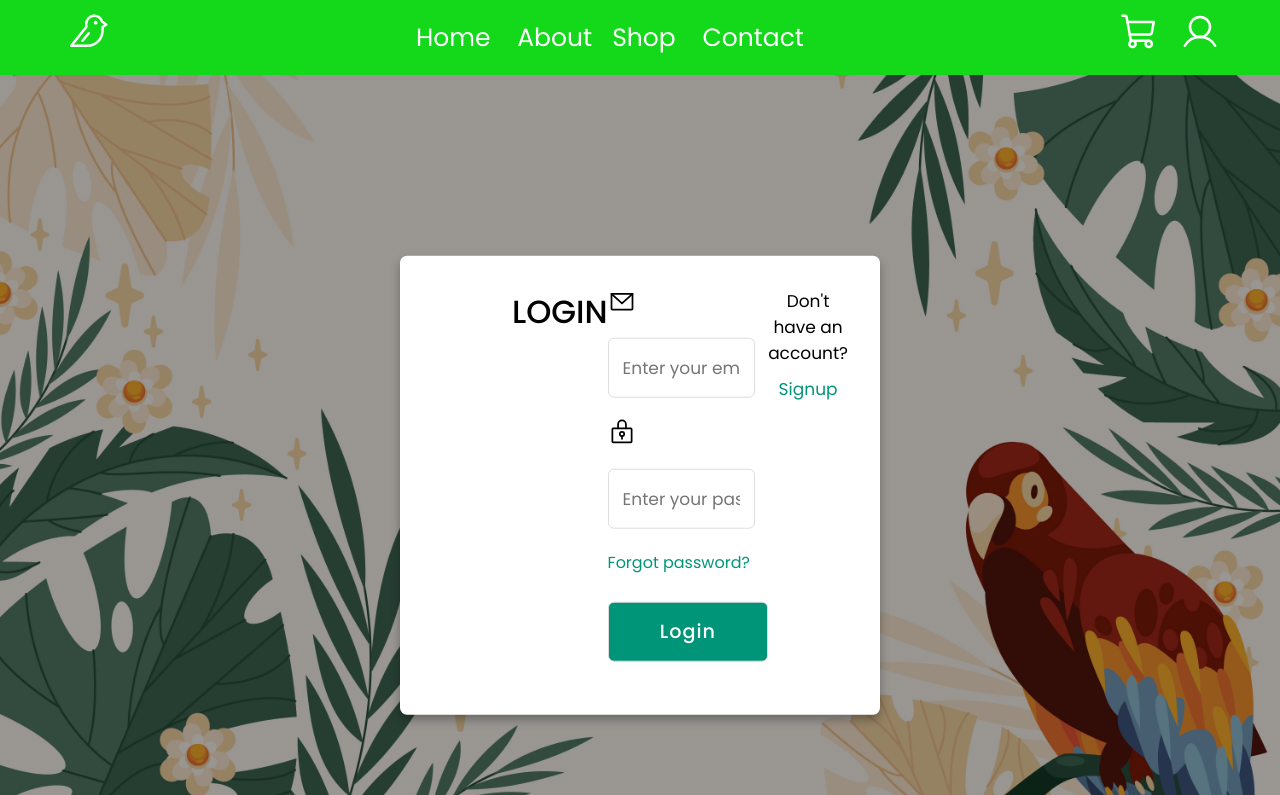
Repository: Vuhainam64/SWP391
Page: /register (app in React/swp391-app/)
An editor plug-in stored every save of this project. The page is shown before and after the next save, followed by the edit.
The browser window is 1280 px wide. The pictures show the whole page.
The project was rebuilt for these pictures with package versions that can differ from the ones it lists, and the page was loaded fresh each time. Also part of the build but not shown: React/swp391-app/src/pages/home/home.jsx, React/swp391-app/src/pages/about/about.jsx, React/swp391-app/src/pages/shop/product.jsx, React/swp391-app/src/pages/shop/shop.jsx, React/swp391-app/src/pages/contact/contact.jsx, React/swp391-app/src/pages/cart/cart-item.jsx, React/swp391-app/src/pages/cart/cart.css, React/swp391-app/src/pages/cart/cart.jsx.

Above is the page before, as saved 2023-06-01 13:00:29.

### React/swp391-app/src/App.js
import './App.css';
import { BrowserRouter as Router, Routes, Route } from "react-router-dom";
import { Navbar } from "./components/navbar";
import { Register } from "./pages/register/register";
import { Home } from "./pages/home/home";
import { About } from "./pages/about/about";
import { Shop } from "./pages/shop/shop";
import { Contact } from "./pages/contact/contact";
import { Cart } from "./pages/cart/cart";
import { ShopContextProvider } from './context/shop-context';


function App() {
  return (
    <div className = "App">
      <ShopContextProvider>
        <Router>
          <Navbar />
          <Routes>
            <Route path = "/register" element = {<Register />} />
            <Route path = "/home" element={<Home/>} />
            <Route path = "/about" element={<About/>} />
            <Route path = "/" element = {<Shop />} />
            <Route path = "/contact" element = {<Contact />} />
            <Route path = "/cart" element = {<Cart />} />
          </Routes>
        </Router>
      </ShopContextProvider>
    </div>
  );
}

export default App;

### React/swp391-app/src/App.css
.App {
  width: 100%;
  height: auto;
  min-height: 100vh;
  font-family: 'Segoe UI', Tahoma, Geneva, Verdana, sans-serif;
}

body {
  padding: 0;
  margin: 0;
}

### React/swp391-app/src/components/navbar.jsx
import React from "react";
import { Link } from "react-router-dom";
import { ShoppingCart, Bird, User } from "phosphor-react";
import "./navbar.css";

export const Navbar = () => {
  return (
    <div className="navbar">
      <div className="links">
        <div className="icon">
          <Link to="/home">
            <Bird size={40} />
          </Link>
        </div>
        <div className="middle">
          <Link to="/home"> Home </Link>
          <Link to="/about">About</Link>
          <Link to="/">Shop</Link>
          <Link to="/contact"> Contact</Link>
        </div>
        <div className="end">
          <Link to="/cart">
            <ShoppingCart size={40} />
          </Link>
            <Link to="/register">
                <User size={40}/>
            </Link>
        </div>
      </div>
    </div>
  );
};

### React/swp391-app/src/pages/register/register.jsx
import React from "react";
import { EnvelopeSimple,LockKey } from "phosphor-react";
import "./register.css";

export const Register = () => {
  return (
    <div className="images">
    <div className="container">
    <input type="checkbox" id="check"></input>
    <div className="login form">
      <header>LOGIN</header>
      <form action="#">
        <div className="login-form">
        <span className="icon-login"><EnvelopeSimple size={28}></EnvelopeSimple></span>
        <input type="email" id="email" placeholder="Enter your email" required></input>
        <span className="icon-login"><LockKey size={28}></LockKey></span>
        <input type="password" id="password" placeholder="Enter your password" required></input>
        </div>
        <a href="#">Forgot password?</a>
        <input type="button" className="button" value="Login"></input>
      </form>
      <div className="signup">
        <span className="signup">Don't have an account?
         <label for="check">Signup</label>
        </span>
      </div>
    </div>
    <div className="registration form">
      <header>SIGNUP</header>
      <form action="#">
        <div className="login-form">
        <span className="icon-login"><EnvelopeSimple size={28}></EnvelopeSimple></span>
        <input type="text" id="email" placeholder="Enter your email" required></input>
        <span className="icon-login"><LockKey size={28}></LockKey></span>
        <input type="password" id="password" placeholder="Create a password" required></input>
        <span className="icon-login"><LockKey size={28}></LockKey></span>
        <input type="password" id="password"  placeholder="Confirm your password" required></input>
        <input type="button" className="button" value="Signup" required></input>
        </div>
      </form>
      <div className="signup">
        <span className="signup">Already have an account?
         <label for="check">Login</label>
        </span>
      </div>
    </div>
  </div>
  </div>
  );
};

### React/swp391-app/src/context/shop-context.jsx
import { createContext, useEffect, useState } from "react";
import { PRODUCTS } from "../products";

export const ShopContext = createContext(null);

const getDefaultCart = () => {
    let cart = {};
    for (let i = 1; i < PRODUCTS.length + 1; i++) {
        cart[i] = 0;
    }
    return cart;
}

export const ShopContextProvider = (props) => {
    const [cartItems, setCartItems] = useState(getDefaultCart());

    const getTotalCartAmount = () => {
        let totalAmount = 0;
        for (const item in cartItems) {
            if (cartItems[item] > 0) {
                let itemInfo = PRODUCTS.find((product) => product.id === Number(item));
                totalAmount += cartItems[item] *itemInfo.price;
            }
        }
        return totalAmount;
    };

    const addToCart = (itemId) => {
        setCartItems((prev) => ({ ...prev, [itemId]: prev[itemId] + 1}));
    };

    const removeFromCart = (itemId) => {
        setCartItems((prev) => ({ ...prev, [itemId]: prev[itemId] - 1}));
    };

    const updateCartItemCount = (newAmount, itemId) => {
        setCartItems((prev) => ({ ...prev, [itemId]: newAmount }));
    };

    const checkout = () => {
        setCartItems(getDefaultCart());
    };

    const contextValue = {
        cartItems,
        addToCart,
        updateCartItemCount,
        removeFromCart,
        getTotalCartAmount,
        checkout,
    };

    return (
        <ShopContext.Provider value={contextValue}>
            {props.children}
        </ShopContext.Provider>
    );
};

### React/swp391-app/src/components/navbar.css
.navbar {
    width: 100%;
    height: 75px;
    background-color: rgb(20, 217, 27);
    display: flex;
    justify-content: center;
    align-items: center;
}

.links {
    margin-right: 50px;
    display: flex;
    align-items: center;
    justify-content: space-between;
    width: 100%;
}

.icon {
    margin-left: 50px;
}

.end {
    padding: 0 10px;
}

.links a {
    text-decoration: none;
    color: white;
    margin-left: 20px;
    font-size: 25px;
}

### React/swp391-app/src/pages/register/register.css
/* Import Google font - Poppins */
@import url('https://fonts.googleapis.com/css2?family=Poppins:wght@200;300;400;500;600;700&display=swap');

*{
  margin: 0;
  padding: 0;
  box-sizing: border-box;
  font-family: 'Poppins', sans-serif;
}

.images{
  position: absolute;
  width: 100%;
  height: 100%;
  background-image: linear-gradient(rgba(0,0,0,0.4),rgba(0,0,0,0.4)),url(../../assets/products/7200317.jpg);
  background-position: center;
  background-size: cover;
}

.images img {
  width: 100%;
  height: 926px;
}

.container{
  position: relative;
  top: 50%;
  left: 50%;
  transform: translate(-50%,-50%);
  max-width: 480px;
  width: 100%;
  background: #fff;
  border-radius: 7px;
  box-shadow: 0 5px 10px rgba(0,0,0,0.3);
}

.container .registration{
  display: none;
}

#check:checked ~ .registration{
  display: block;
}

#check:checked ~ .login{
  display: none;
}

#check{
  display: none;
}

.container .form{
  padding: 2rem;
}

.form header{
  font-size: 2rem;
  font-weight: 500;
  text-align: center;
  margin-bottom: 1.5rem;
}

 .form input{
   height: 60px;
   width: 92%;
   padding: 0 14px;
   font-size: 17px;
   margin-top: 15px;
   margin-bottom: 1.3rem;
   border: 1px solid #ddd;
   border-radius: 6px;
   outline: none;
 }

 .form input:focus{
   box-shadow: 0 1px 0 rgba(0,0,0,0.2);
 }

.form a{
  font-size: 16px;
  color: #009579;
  text-decoration: none;
}

.form a:hover{
  text-decoration: underline;
}

.form input.button{
  color: #fff;
  background: #009579;
  font-size: 1.2rem;
  font-weight: 500;
  letter-spacing: 1px;
  margin-top: 1.7rem;
  cursor: pointer;
  transition: 0.4s;
  width: 100%;
}

.form input.button:hover{
  background: #006653;
}

.signup{
  font-size: 17px;
  text-align: center;
}

.signup label{
  color: #009579;
  cursor: pointer;
}

.signup label:hover{
  text-decoration: underline;
}

.icon-login {
  margin-right: 5px;
}

### React/swp391-app/src/products.js
import product1 from "./assets/products/1.png";
import product2 from "./assets/products/1.png";
import product3 from "./assets/products/1.png";
import product4 from "./assets/products/1.png";
import product5 from "./assets/products/1.png";
import product6 from "./assets/products/1.png";
import product7 from "./assets/products/1.png";
import product8 from "./assets/products/1.png";

export const PRODUCTS = [
  {
    id: 1,
    productName: "Bird Food",
    price: 999.0,
    productImage: product1,
  },
  {
    id: 2,
    productName: "Bird Food",
    price: 1999.0,
    productImage: product2,
  },
  {
    id: 3,
    productName: "Bird Food",
    price: 699.0,
    productImage: product3,
  },
  {
    id: 4,
    productName: "Bird Food",
    price: 228.0,
    productImage: product4,
  },
  {
    id: 5,
    productName: "Bird Food",
    price: 19.99,
    productImage: product5,
  },
  {
    id: 6,
    productName: "Bird Food",
    price: 68.0,
    productImage: product6,
  },
  {
    id: 7,
    productName: "Bird Food",
    price: 120.0,
    productImage: product7,
  },
  {
    id: 8,
    productName: "Bird Food",
    price: 40.0,
    productImage: product8,
  },
];

### React/swp391-app/src/pages/shop/shop.css
.shop {
    padding: 0 20px;
}

.shopTitle {
    margin-top: 10px;
    text-align: center;
    font-size: 40px;
}

.products {
    width: 100%;
    height: auto;
    display: grid;
    grid-template-columns: 1fr 1fr 1fr 1fr;
    place-items: center;

}

.product {
    border-radius: 15px;
    margin: 100px;
    display: flex;
    flex-direction: column;
    justify-content: center;
    align-items: center;
}

.product img {
    width: 100%;
    height: 100%;
}

.product .description {
    text-align: center;
}

.product:hover {
    transition: 0.3s ease-in;
    cursor: pointer;
}

.addToCartBttn {
    background-color: transparent;
    border: 2px solid rgb(19, 19, 19);
    min-width: 100px;
    padding: 5px 10px 5px 10px;
    border-radius: 15px;
}

.addToCartBttn:hover {
    background-color: rgb(19, 19, 19);
    color: white;
    cursor: pointer;
}

.description p,b{
    margin: 10px 0;
}
.shopTitle {
    justify-content: left;
    display: inline-block;
}
.shopTitle h3{
    float: left;
    margin-left: 80px;
    font-size: 60px;
    font-style: italic;
    border-bottom: 1px solid rgb(19, 19, 19);
}

.form {
    display:flex;
    margin-left: 80px;
    margin-bottom: 10px;
    margin-top: 50px;

}

.form select{
    padding: 14px 32px;
}

### React/swp391-app/src/pages/contact/contact.css
.contact{
    max-width: 400px;
    margin: 0 auto;
    padding: 20px;
}
.title-contact{
    text-align: center;
}
label{
    display: block;
    margin-top: 10px;
}
.form-contact{

    text-align: center;
}

input[type="text"],
.type-email,
input[type="message"],
textarea {
  width: 100%;
  padding: 8px;
  border: 1px solid #ccc;
  border-radius: 4px;
  box-sizing: border-box;
  margin-top: 5px;
  margin-bottom: 10px;
}

input[type="submit"] {
    background-color: #4CAF50;
    color: white;
    padding: 10px 15px;
    border: none;
    border-radius: 4px;
    cursor: pointer;
    font-size: 16px;
  }

  input[type="submit"]:hover {
    background-color: #45a049;
  }

  textarea {
    height: 100px;
  }

Loaded but not shown: React/swp391-app/public/index.html (common file); React/swp391-app/src/index.js (common file); React/swp391-app/src/index.css (common file); React/swp391-app/src/reportWebVitals.js (common file)

After the next save:
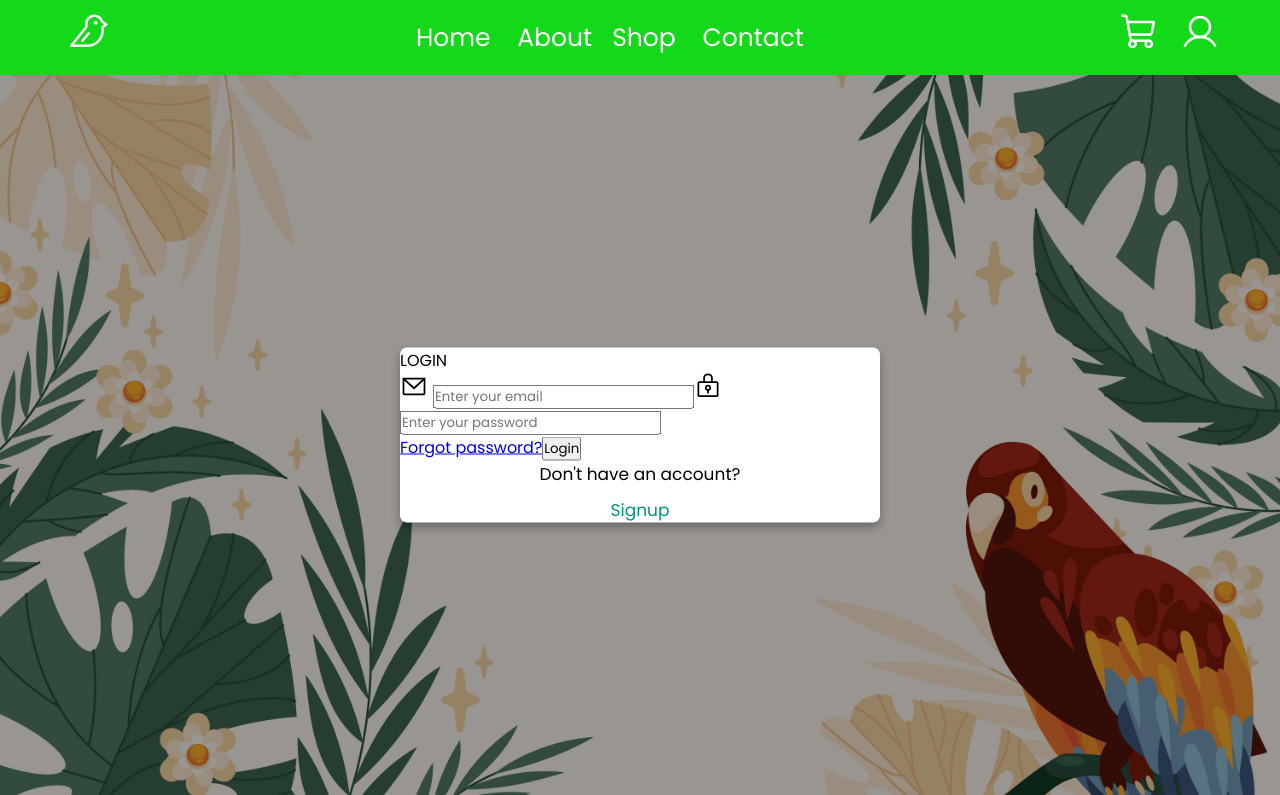
Saved 84 s later.
--- a/React/swp391-app/src/pages/register/register.jsx
+++ b/React/swp391-app/src/pages/register/register.jsx
@@ -7,7 +7,7 @@
     <div className="images">
     <div className="container">
     <input type="checkbox" id="check"></input>
-    <div className="login form">
+    <div className="login-form">
       <header>LOGIN</header>
       <form action="#">
         <div className="login-form">

After the save that followed:
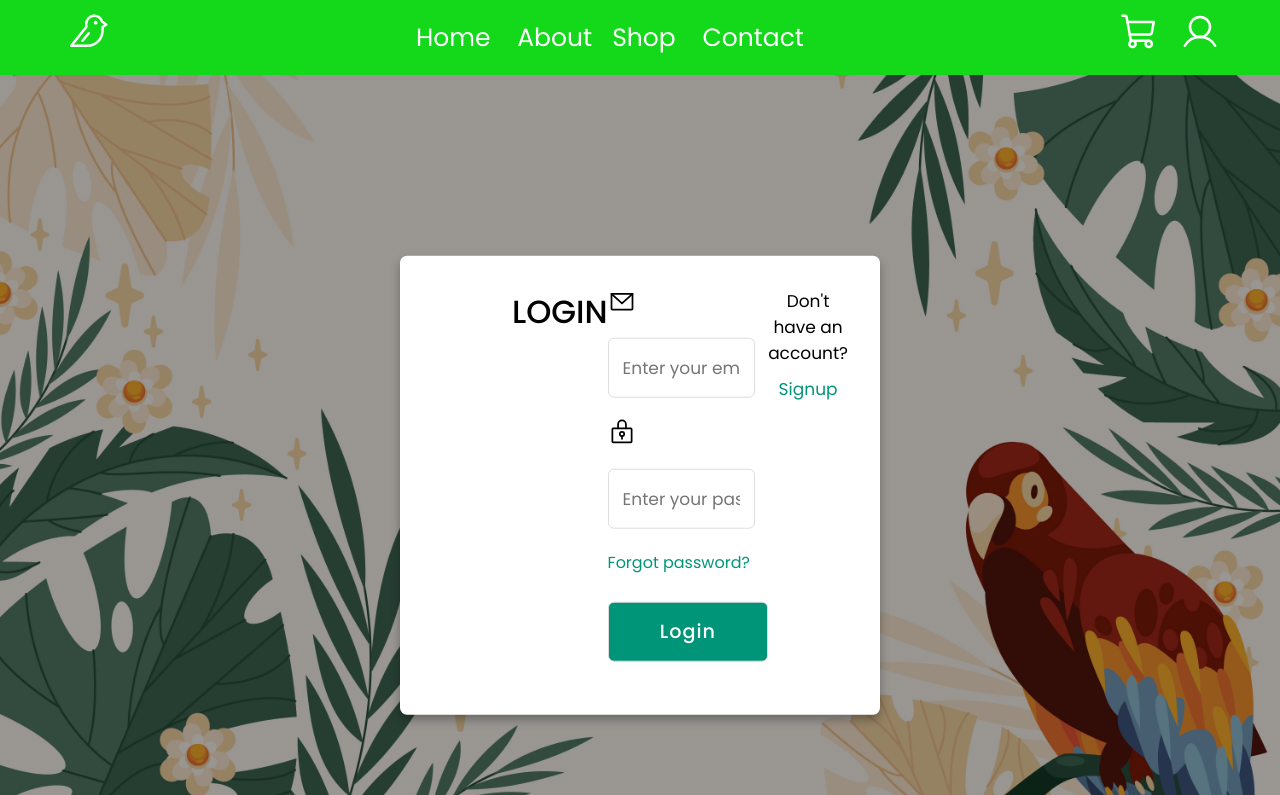
Saved 7 s later.
--- a/React/swp391-app/src/pages/register/register.jsx
+++ b/React/swp391-app/src/pages/register/register.jsx
@@ -7,7 +7,7 @@
     <div className="images">
     <div className="container">
     <input type="checkbox" id="check"></input>
-    <div className="login-form">
+    <div className="login form">
       <header>LOGIN</header>
       <form action="#">
         <div className="login-form">
